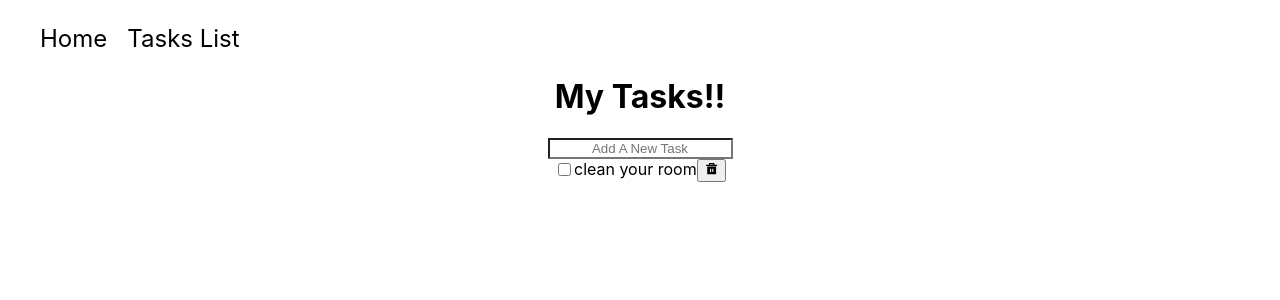
Repository: runner855/abstract_todolist
Page: /
The author's editor kept a copy of each file at every save. The page is drawn from the files as they stood at one save, then again after the next save.
The browser window is 1280 px wide. The pictures show the whole page.
The project was rebuilt for these pictures with package versions that can differ from the ones it lists, and the page was loaded fresh each time.

Above is the page before, as saved 2022-11-09 12:20:50.

After the next save:
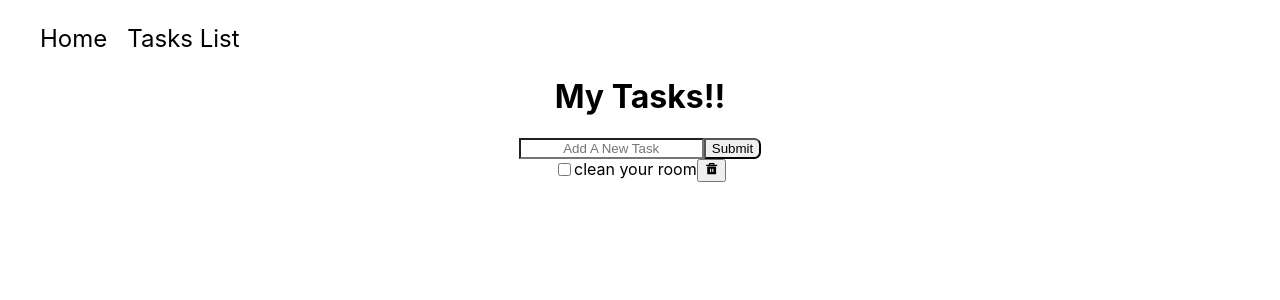
Saved 68 s later.
--- a/src/App.tsx
+++ b/src/App.tsx
@@ -34,14 +34,17 @@ export const App = () => {
           value={value}
         ></input>
 
-        {/* <button className="addtask"
-          onClick={() => {
-            setList([...list, value]);
-            setValue("");
-          }}
-        >
-          Submit
-        </button> */}
+        {
+          <button
+            className="addtask"
+            onClick={() => {
+              setList([...list, value]);
+              setValue("");
+            }}
+          >
+            Submit
+          </button>
+        }
 
         <div className="todo-container">
           {tasks.map((item, index) => {
